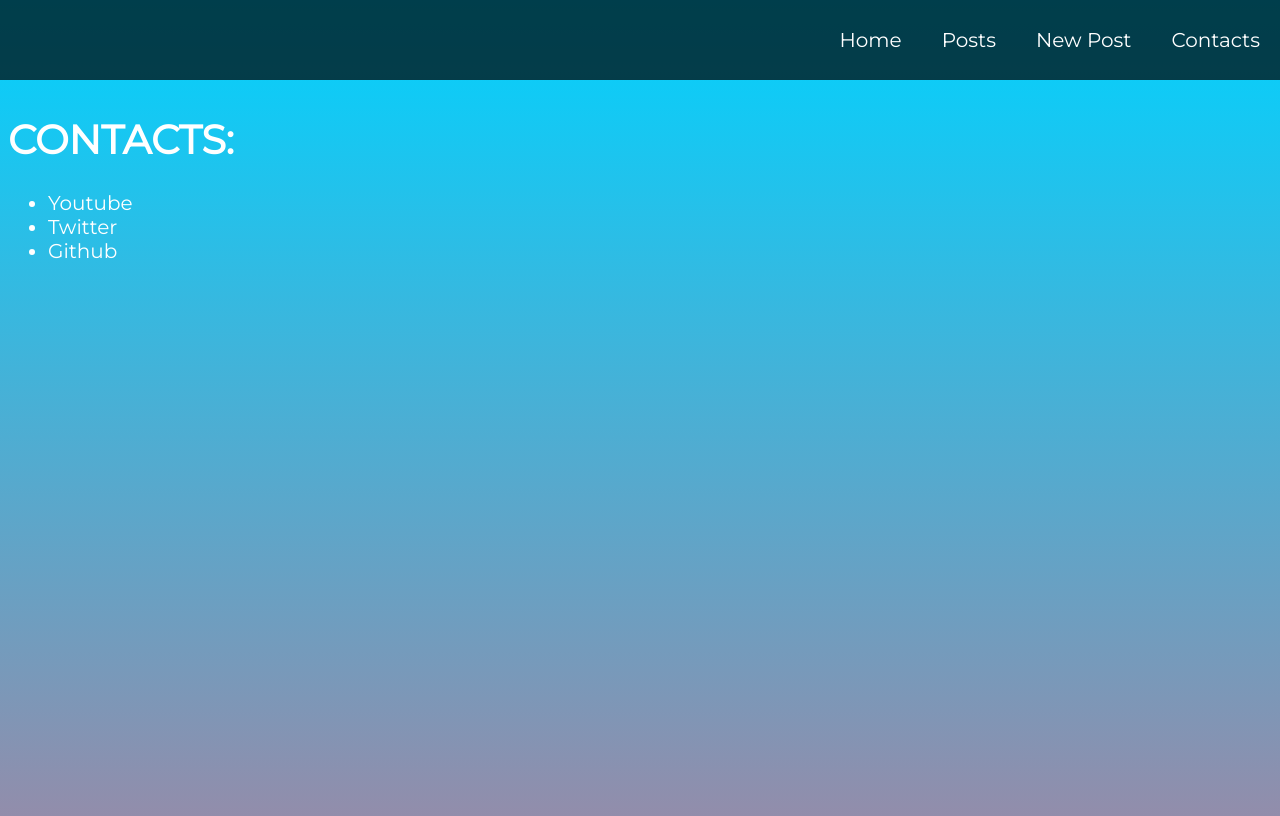
Repository: EgorSherstnev/https---github.com-EgorSherstnev-Node_FirstProject
Page: http://localhost/contacts
An editor plug-in stored every save of this project. The page is shown before and after the next save, followed by the edit.
The browser window is 1280 px wide. The pictures show the whole page.
The page is served by the project's Node server (server.js).

Above is the page before, as saved 2023-03-08 22:32:33.

After the next save:
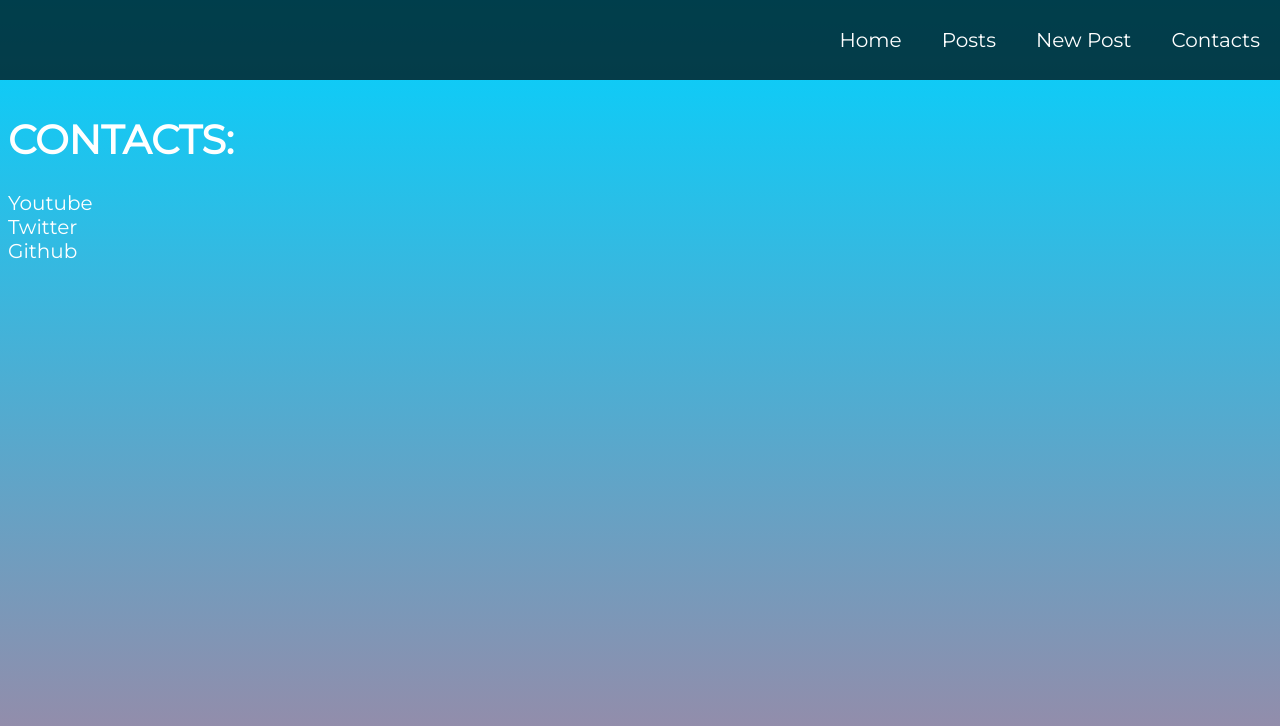
Saved 18 s later.
--- a/ejs-views/contacts.ejs
+++ b/ejs-views/contacts.ejs
@@ -5,53 +5,7 @@
   <title>Node.js Course | <%= title %></title>
   <link rel="preconnect" href="https://fonts.gstatic.com">
   <link href="https://fonts.googleapis.com/css2?family=Montserrat&display=swap" rel="stylesheet">
-  <style>
-    body {
-      padding-top: 80px;
-      min-height: 100vh;
-      font-family: 'Montserrat', sans-serif;
-      font-size: 20px;
-      background: linear-gradient(to bottom, #00d2ff, #928dab);
-      color: #fff;
-    }
-
-    h1 {
-      text-transform: uppercase;
-    }
-
-    nav {
-      position: absolute;
-      top: 0;
-      left: 0;
-      right: 0;
-      min-height: 60px;
-      display: flex;
-      justify-content: flex-end;
-      background-color: rgba(0,0,0,0.7);
-    }
-
-    nav ul {
-      margin: 0;
-      padding: 0;
-      display: flex;
-    }
-
-    nav li {
-      list-style: none;
-    }
-
-    nav a {
-      min-height: 60px;
-      display: block;
-      padding: 10px 20px;
-      line-height: 60px;
-    }
-
-    a {
-      text-decoration: none;
-      color: #fff;
-    }
-  </style>
+  <link rel="stylesheet" href="/main.css">
 </head>
 <body>
   <%- include('./partials/nav.ejs') %>
